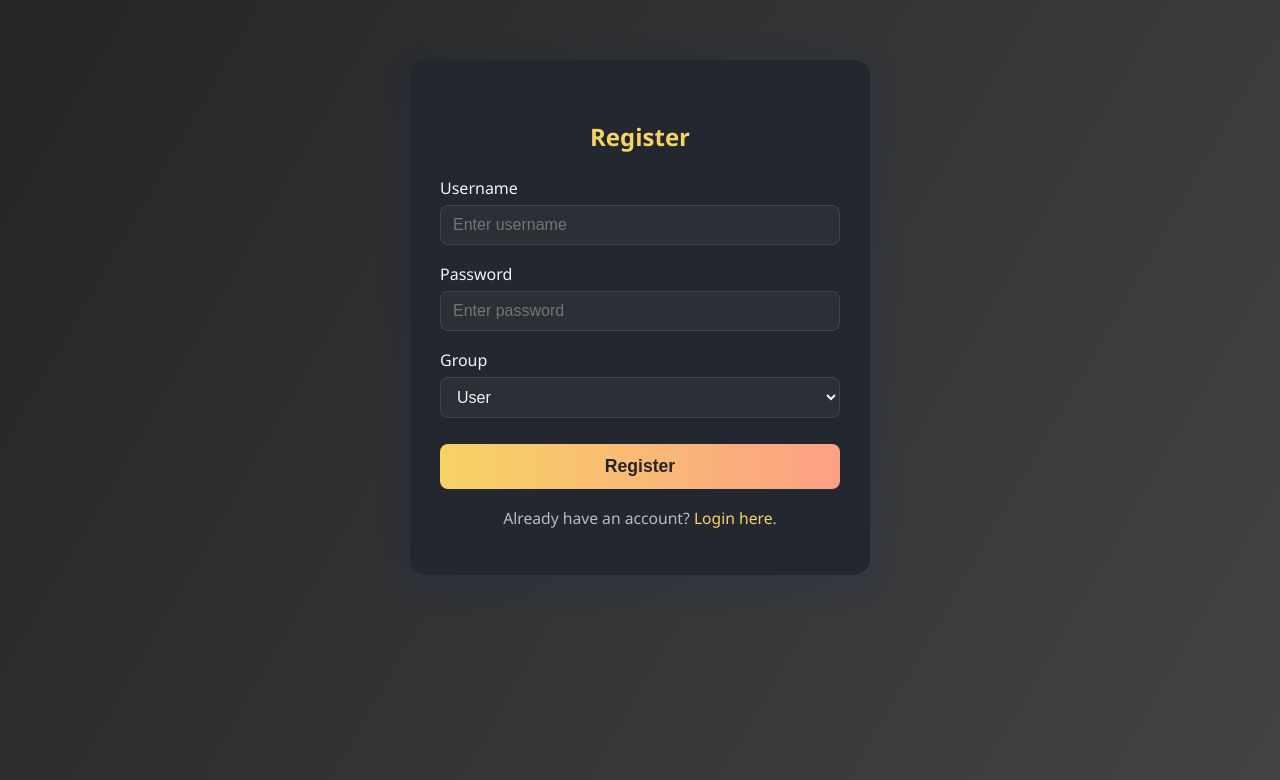
Repository: lowluds/auth-flask
Page: http://localhost/register
These files come from the project's save history. The page is drawn as it stood at one moment and after the next save; the edit follows.
The browser window is 1280 px wide. The pictures show the whole page.
The page is served by the project's application, run on Flask 3 (login.py).

Above is the page before, as saved 2025-06-28 00:28:11.

### templates/register.html
<!DOCTYPE html>
<html lang="en">
<head>
    <meta charset="UTF-8">
    <meta name="viewport" content="width=device-width, initial-scale=1.0">
    <title>Register</title>
    <link rel="stylesheet" href="{{ url_for('static', filename='register.css') }}">
</head>
<body>
    <div class="register-container">
        <h2>Register</h2>
        <form method="POST" action="/register">

            {% if error %}
            <p style="color: red;">{{ error }}</p>
            {% endif %}

            <label for="username">Username</label>
            <input type="text" id="username" name="username" placeholder="Enter username" required>

            <label for="password">Password</label>
            <input type="password" id="password" name="password" placeholder="Enter password" required>

            <label for="group">Group</label>
            <select id="group" name="group" required>
                <option value="user" {% if group == 'user' %}selected{% endif %}>User</option>
                <option value="admin" {% if group == 'admin' %}selected{% endif %}>Admin</option>
            </select>

            <button type="submit">Register</button>
        </form>
        <p>Already have an account? <a href="{{ url_for('login') }}">Login here</a>.</p>
    </div>
</body>
</html>

### login.py
from flask import Flask, render_template, request, redirect, url_for, session, flash
from werkzeug.security import check_password_hash
from werkzeug.security import generate_password_hash
import json

app = Flask (__name__)
app.secret_key = '123abc456'  # Change this to a secure random value

@app.route('/')
def home():
    return redirect(url_for('login'))

# Login
@app.route('/login', methods=['GET', 'POST'])
def login():
    if request.method == 'POST':
        # Get form input
        username = request.form['username']
        password = request.form['password']

        # Load users from JSON
        with open('userDB.json', 'r') as file:
            data = json.load(file)

        # Look for user
        for user in data['users']:
            if user['username'] == username:
                # Check hashed password
                if check_password_hash(user['password'], password):
                    session['username'] = username
                    session['group'] = user['group']
                    # Redirect based on group
                    if user['group'] == 'admin':
                        return redirect(url_for('admin'))
                    else:
                        return redirect(url_for('dashboard'))
                else:
                    return render_template(
                        'login.html',
                        username=username,
                        error="Incorrect password"
                        )

        return "User not found"

    return render_template('login.html')

# Register
@app.route('/register', methods=['GET', "POST"])
def register():
    if request.method == 'POST':
        username = request.form['username']
        password = request.form['password']
        group = request.form['group']

        # Hash the password
        hashed_password = generate_password_hash(password)

        # Load existing users
        with open('userDB.json', 'r') as file:
            data = json.load(file)

        # Check for duplicate name
        for user in data['users']:
            if user['username'] == username:
                error = "Username already exists. Please choose another."
                return render_template(
                    'register.html',
                    error=error,
                    username=username,
                    group=group
                )

        # Add new user to userDB.json
        data['users'].append({
            'username': username,
            'password': hashed_password,
            'group'   : group
        })

        # Save the updated user list to userDB.json
        with open('userDB.json', "w") as file:
            json.dump(data, file, indent=4)

        flash("You are registered! Please log in.", "Success")
        return redirect(url_for('login'))

    # Only runs for GET requests
    return render_template('register.html')

# Dashboard
@app.route('/dashboard')
def dashboard():
    # Check if user is logged in
    if 'username' in session:
        return render_template('dashboard.html')
    else:
        return redirect(url_for('login'))
# Admin dashboard
@app.route('/admin')
def admin():
    if 'username' in session:
        if session.get('group') == 'admin':
            return render_template('admin.html')
        else:
            return "You are logged in, but not authorized to view this page"
    else:
        return redirect(url_for('login'))

# Logout
@app.route('/logout')
def logout():
    session.pop('username', None)
    return redirect(url_for('login'))

if __name__ == '__main__':
    app.run(debug=True)

### static/register.css
/* Modern dark theme for all pages */
body {
    background: linear-gradient(120deg, #232526 0%, #414345 100%);
    font-family: 'Segoe UI', Tahoma, Geneva, Verdana, sans-serif;
    margin: 0;
    padding: 0;
    min-height: 100vh;
    color: #f3f3f3;
}

/* Shared container style for login and register */
.login-container, .register-container {
    background: #23272f;
    max-width: 400px;
    margin: 60px auto;
    padding: 40px 30px 30px 30px;
    border-radius: 16px;
    box-shadow: 0 8px 32px 0 rgba(31, 38, 135, 0.18);
    display: flex;
    flex-direction: column;
    align-items: center;
}

.login-container h2, .register-container h2 {
    margin-bottom: 24px;
    color: #f6d365;
    font-weight: 600;
}

.login-container form, .register-container form {
    width: 100%;
    display: flex;
    flex-direction: column;
}

.login-container label, .register-container label {
    margin-bottom: 6px;
    color: #f3f3f3;
    font-size: 1rem;
}

.login-container input,
.login-container select,
.register-container input,
.register-container select {
    padding: 10px 12px;
    margin-bottom: 18px;
    border: 1px solid #444;
    border-radius: 8px;
    font-size: 1rem;
    background: #2c2f36;
    color: #f3f3f3;
    transition: border 0.2s, background 0.2s;
}

.login-container input:focus,
.login-container select:focus,
.register-container input:focus,
.register-container select:focus {
    border: 1.5px solid #f6d365;
    outline: none;
    background: #23272f;
}

.login-container button, .register-container button {
    background: linear-gradient(90deg, #f6d365 0%, #fda085 100%);
    color: #232526;
    border: none;
    border-radius: 8px;
    padding: 12px;
    font-size: 1.1rem;
    font-weight: 600;
    cursor: pointer;
    transition: background 0.2s, color 0.2s;
    margin-top: 8px;
}

.login-container button:hover, .register-container button:hover {
    background: linear-gradient(90deg, #fda085 0%, #f6d365 100%);
    color: #232526;
}

.login-container p, .register-container p {
    margin-top: 18px;
    color: #bbb;
    font-size: 0.98rem;
}

.login-container a, .register-container a {
    color: #f6d365;
    text-decoration: none;
    font-weight: 500;
    transition: color 0.2s;
}

.login-container a:hover, .register-container a:hover {
    color: #fda085;
}

/* Modern, colorful flash message styles matching the site theme */
.flash {
  padding: 14px 24px;
  border-radius: 10px;
  margin: 18px auto 0 auto;
  width: 92%;
  max-width: 420px;
  text-align: center;
  font-weight: 600;
  font-family: inherit;
  font-size: 1.08rem;
  letter-spacing: 0.01em;
  box-shadow: 0 4px 24px 0 rgba(31, 38, 135, 0.18);
  opacity: 0.98;
  transition: opacity 0.5s, transform 0.5s;
  z-index: 1000;
  position: relative;
  animation: fadeOut 3.5s forwards;
}
.flash.error {
  background: linear-gradient(90deg, #ff4c4c 0%, #ffb199 100%);
  color: #fff;
  box-shadow: 0 0 16px 0 rgba(255, 76, 76, 0.25);
  border: 1.5px solid #ff4c4c;
  animation: fadeOut 6s forwards; /* More time for errors */
}
.flash.success {
  background: linear-gradient(90deg, #51fa7b 0%, #43e97b 100%);
  color: #232526;
  box-shadow: 0 0 16px 0 rgba(81, 250, 123, 0.18);
  border: 1.5px solid #43e97b;
}
.flash.info {
  background: linear-gradient(90deg, #56ccf2 0%, #2f80ed 100%);
  color: #fff;
  box-shadow: 0 0 16px 0 rgba(86, 204, 242, 0.18);
  border: 1.5px solid #2f80ed;
}
.close-btn {
  position: absolute;
  top: 8px;
  right: 12px;
  color: #fff;
  font-size: 20px;
  cursor: pointer;
  line-height: 1;
  z-index: 1100;
  user-select: none;
}
@keyframes fadeOut {
  0% { opacity: 0.98; transform: translateY(0); }
  80% { opacity: 0.98; }
  100% { opacity: 0; transform: translateY(-20px); pointer-events: none; }
}

After the next save:
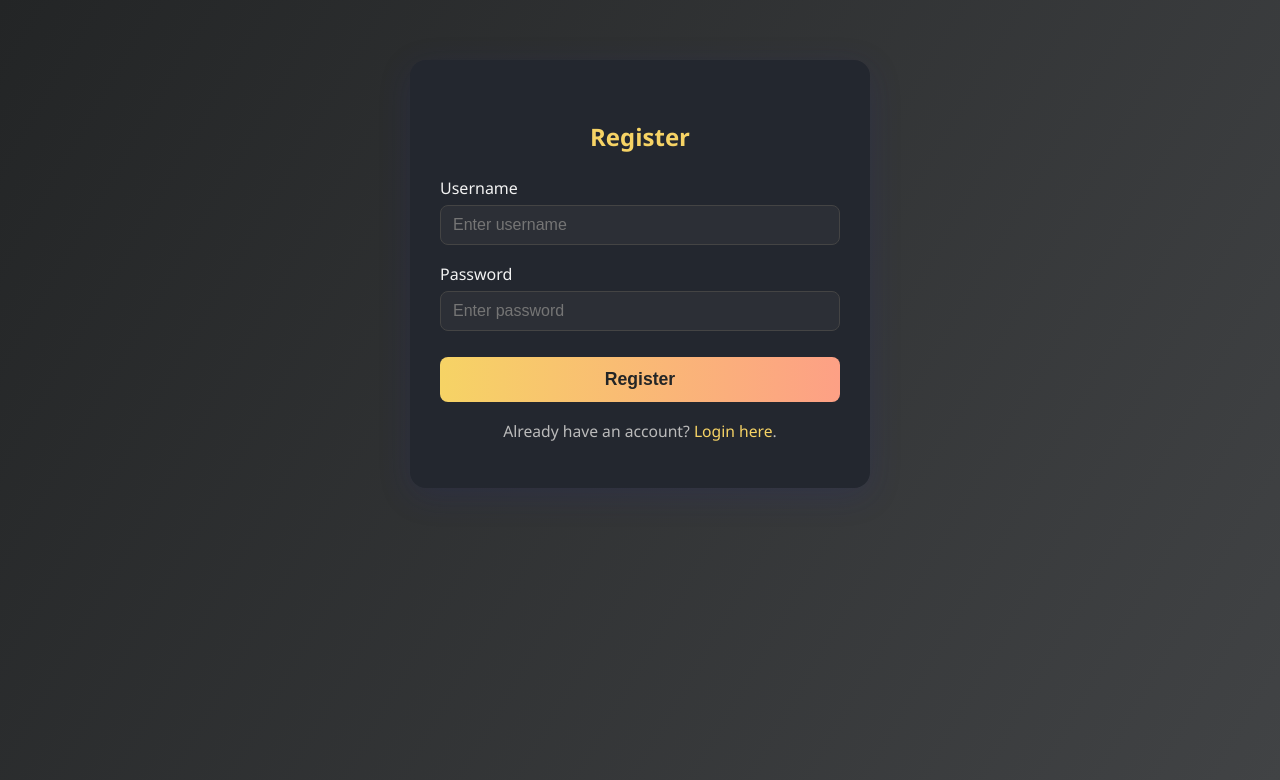
Saved 2 min 30 s later.
--- a/templates/register.html
+++ b/templates/register.html
@@ -21,12 +21,6 @@
             <label for="password">Password</label>
             <input type="password" id="password" name="password" placeholder="Enter password" required>
 
-            <label for="group">Group</label>
-            <select id="group" name="group" required>
-                <option value="user" {% if group == 'user' %}selected{% endif %}>User</option>
-                <option value="admin" {% if group == 'admin' %}selected{% endif %}>Admin</option>
-            </select>
-
             <button type="submit">Register</button>
         </form>
         <p>Already have an account? <a href="{{ url_for('login') }}">Login here</a>.</p>
